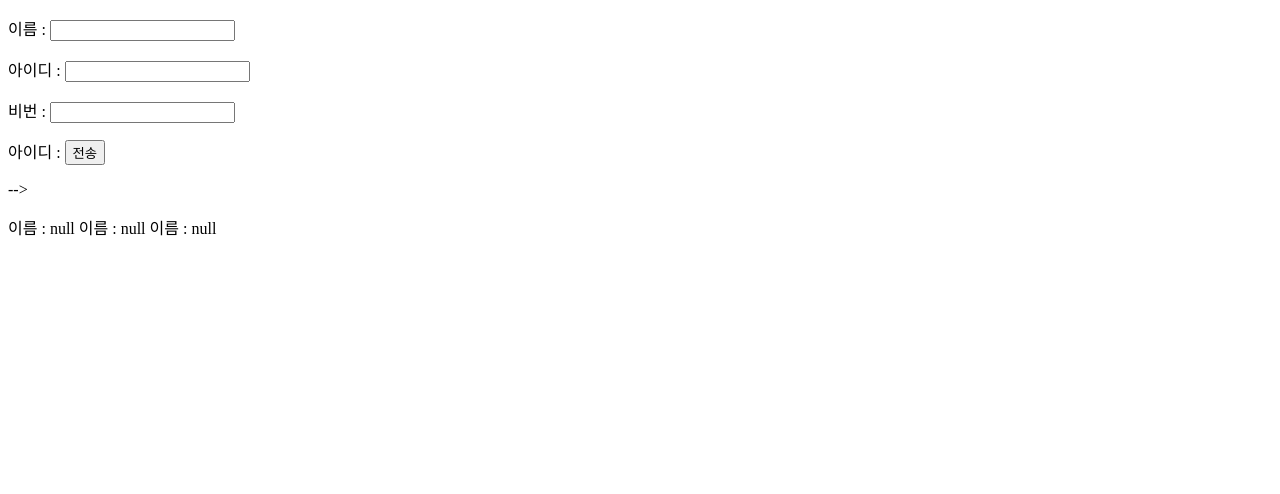
Repository: hodob/JSP_Practice
Page: http://localhost/JSP_WebMarket_JJH/ch05_ex/ex2.jsp
An editor plug-in stored every save of this project. The page is shown before and after the next save, followed by the edit.
The browser window is 1280 px wide. The pictures show the whole page.
The page is served by Tomcat 9. Other server files are loaded and not shown.

Above is the page before, as saved 2022-08-10 02:11:39.

### JSP_WebMarket_JJH/WebContent/ch05_ex/ex2.jsp
<%@ page language="java" contentType="text/html; charset=UTF-8"
    pageEncoding="UTF-8"%>
<!DOCTYPE html>
<html>
<head>
<meta charset="UTF-8">
<title>Insert title here</title>
</head>
<body>
<%
request.setCharacterEncoding("utf-8");
String name=request.getParameter("name");
String id=request.getParameter("id1234");
String pass=request.getParameter("passwd");
%>
<form action="ex2.jsp" method="post">
<p>이름 		: 	<input type="text" name = "name">
<p>아이디 	: 	<input type="text" name = "id1234">
<p>비번 		: 	<input type="text" name = "passwd">
<p>아이디 	:	<input type = "submit" value="전송">
</form> -->


<p> 이름 : <%=name%>
이름 : <%=id%>
이름 : <%=pass%>
</body>
</html>

After the next save:
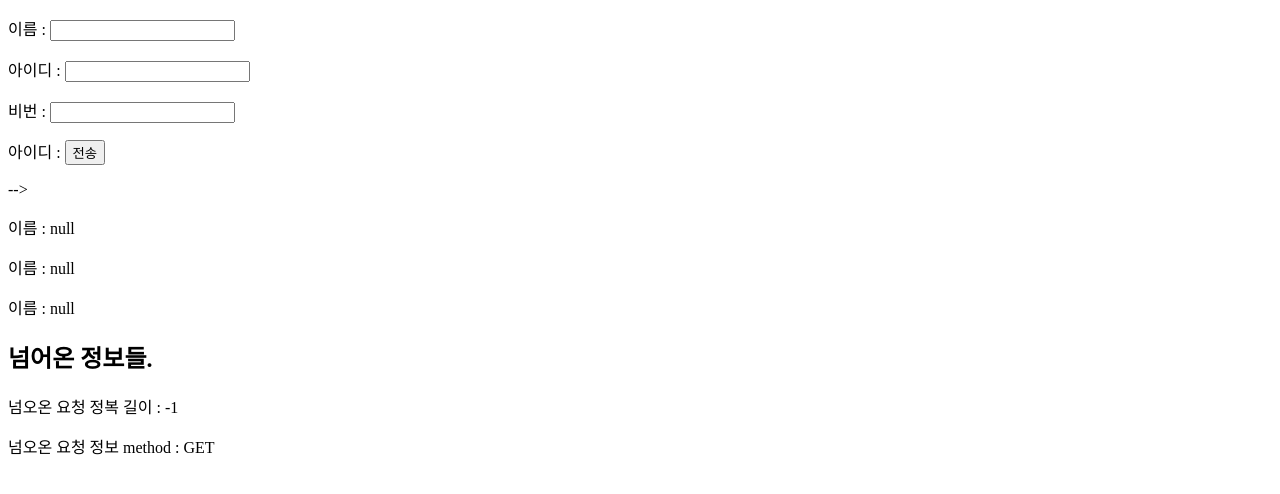
Saved 85 s later.
--- a/JSP_WebMarket_JJH/WebContent/ch05_ex/ex2.jsp
+++ b/JSP_WebMarket_JJH/WebContent/ch05_ex/ex2.jsp
@@ -21,8 +21,14 @@
 </form> -->
 
 
-<p> 이름 : <%=name%>
-이름 : <%=id%>
-이름 : <%=pass%>
+<p>이름 : <%=name%>
+<p>이름 : <%=id%>
+<p>이름 : <%=pass%>
+<h2>넘어온 정보들.</h2>
+<p> 넘오온 요청 정복 길이 : <%=request.getContentLength() %>
+<p> 넘오온 요청 정보 method : <%=request.getMethod() %>
+
+
+
 </body>
 </html>
